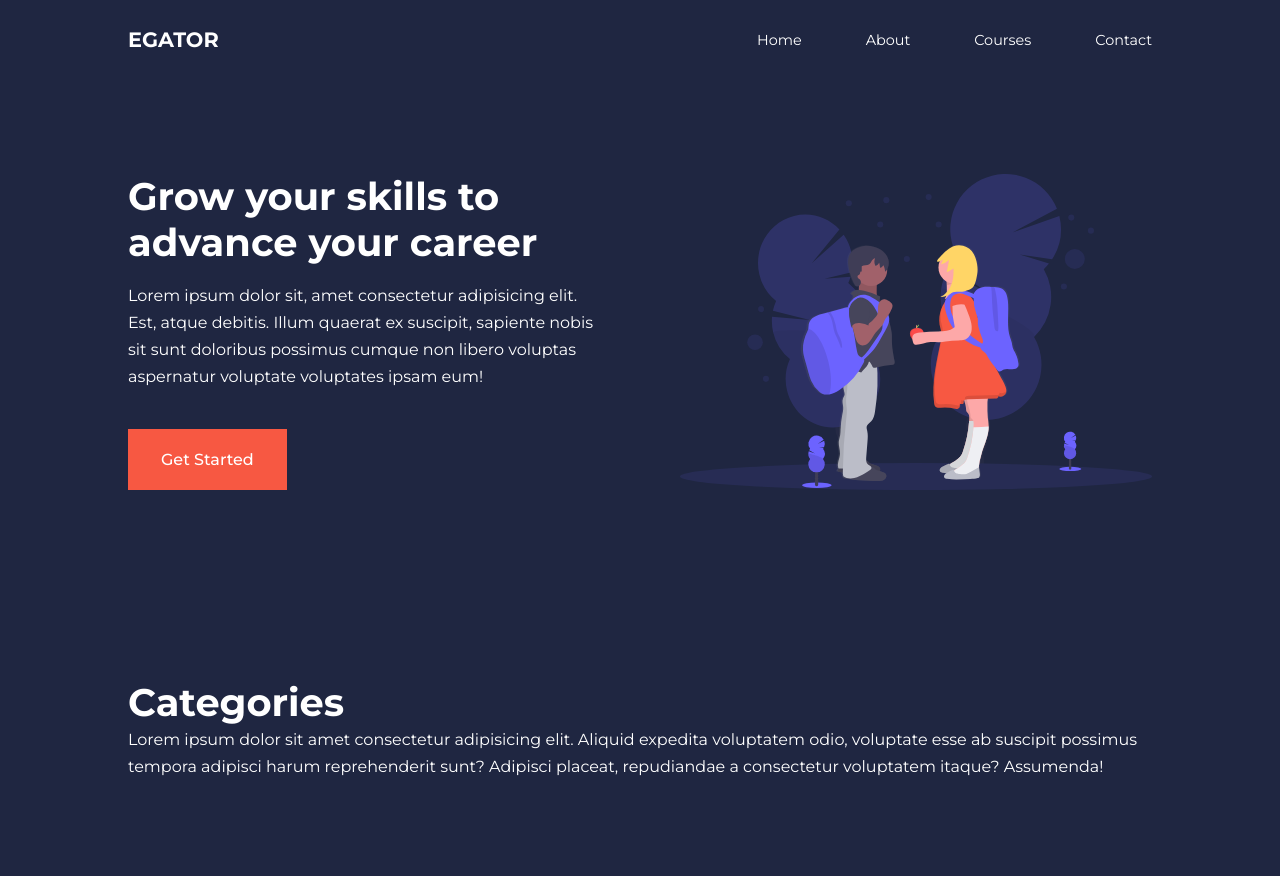
Repository: QUANGTHAI2003/education-web
Page: index.html
These files come from the project's save history. The page is drawn as it stood at one moment and after the next save; the edit follows.
The browser window is 1280 px wide. The pictures show the whole page.

Above is the page before, as saved 2022-03-11 10:48:57.

### index.html
<!DOCTYPE html>
<html lang="en">

<head>
    <meta charset="UTF-8" />
    <meta http-equiv="X-UA-Compatible" content="IE=edge" />
    <meta name="viewport" content="width=device-width, initial-scale=1.0" />
    <title>Responsive Multipage Education</title>
    <!-- ICONSCOUT CDN -->
    <link rel="stylesheet" href="https://unicons.iconscout.com/release/v2.1.6/css/unicons.css" />
    <!-- GOOGLE FONTS -->
    <link rel="preconnect" href="https://fonts.googleapis.com" />
    <link rel="preconnect" href="https://fonts.gstatic.com" crossorigin />
    <link
        href="https://fonts.googleapis.com/css2?family=Montserrat:wght@300;400;500;600;700;800;900&family=Poppins:wght@300;400;600&display=swap"
        rel="stylesheet" />

    <link rel="stylesheet" href="./css/style.css" />
</head>

<body>
    <nav>
        <div class="container nav__container">
            <a href="index.html">
                <h4>EGATOR</h4>
            </a>
            <ul class="nav__menu">
                <li><a href="index.html">Home</a></li>
                <li><a href="about.html">About</a></li>
                <li><a href="courses.html">Courses</a></li>
                <li><a href="contact.html">Contact</a></li>
            </ul>
            <button id="open-menu-btn">
                <i class="uil uil-bars"></i>
            </button>
            <button id="close-menu-btn">
                <i class="uil uil-multiply"></i>
            </button>
        </div>
    </nav>
    <!-- END OF NAVBAR -->
    <header>
        <div class="container header__container">
            <div class="header__left">
                <h1>Grow your skills to advance your career</h1>
                <p>
                    Lorem ipsum dolor sit, amet consectetur adipisicing
                    elit. Est, atque debitis. Illum quaerat ex suscipit,
                    sapiente nobis sit sunt doloribus possimus cumque non
                    libero voluptas aspernatur voluptate voluptates ipsam
                    eum!
                </p>
                <a href="courses.html" class="btn btn-primary">Get Started</a>
            </div>
            <div class="header__right">
                <div class="header__right-image">
                    <img src="./images/header.svg">
                </div>
            </div>
        </div>
    </header>
    <!-- END OF HEADER -->
    <section class="categories">
        <div class="container categories__container">
            <div class="categories">
                <h1>Categories</h1>
                <p>
                    Lorem ipsum dolor sit amet consectetur adipisicing elit. Aliquid expedita voluptatem odio, voluptate
                    esse ab suscipit possimus tempora adipisci harum reprehenderit sunt? Adipisci placeat, repudiandae a
                    consectetur voluptatem itaque? Assumenda!
                </p>
            </div>
        </div>
    </section>
</body>

</html>

### css/style.css
* {
    margin: 0;
    padding: 0;
    border: 0;
    outline: 0;
    text-decoration: none;
    list-style: none;
    box-sizing: border-box;
}

:root {
    --color-primary: #6c63ff;
    --color-success: #00bf8e;
    --color-warning: #f7c94b;
    --color-danger: #f75842;
    --color-danger-variant: rgba(247, 88, 66, 0.4);
    --color-white: #fff;
    --color-light: rgba(255, 255, 255, 0.7);
    --color-black: #000;
    --color-bg: #1f2641;
    --color-bg1: #2e3267;
    --color-bg2: #424890;

    --container-width-lg: 80%;
    --container-width-md: 90%;
    --container-width-sm: 94%;

    --transition: all 400ms ease;
}

body {
    font-family: 'Montserrat', sans-serif;
    line-height: 1.7;
    color: var(--color-white);
    background: var(--color-bg);
}

.container {
    width: var(--container-width-lg);
    margin: 0 auto;
}

section {
    padding: 6rem 0;
}

section h2 {
    text-align: center;
    margin-bottom: 4rem;
}

h1,
h2,
h3,
h4,
h5 {
    line-height: 1.2;
}

h1 {
    font-size: 2.4rem;
}

h2 {
    font-size: 2rem;
}

h3 {
    font-size: 1.3rem;
}

h4 {
    font-size: 1.3rem;
}

a {
    color: var(--color-white);
}

img {
    width: 100%;
    display: block;
    object-fit: cover;
}

.btn {
    display: inline-block;
    background: var(--color-white);
    color: var(--color-black);
    padding: 1rem 2rem;
    border: 1px solid transparent;
    font-weight: 500;
    transition: var(--transition);
}

.btn:hover {
    background: transparent;
    color: var(--color-white);
    border-color: var(--color-white);
}

.btn-primary {
    background: var(--color-danger);
    color: var(--color-white);
}

/* ================= NAVBAR =================*/
nav {
    background: transparent;
    width: 100vw;
    height: 5rem;
    position: fixed;
    top: 0;
    z-index: 11;
}

.nav__container {
    height: 100%;
    display: flex;
    justify-content: space-between;
    align-items: center;
}

nav button {
    display: none;
}

.nav__menu {
    display: flex;
    align-items: center;
    gap: 4rem;
}

.nav__menu a {
    font-size: 0.9rem;
    transition: var(--transition);
}

.nav__menu a:hover {
    color: var(--color-bg2);
}

/* ================= HEADER =================*/
header {
    position: relative;
    top: 5rem;
    overflow: hidden;
    height: 70vh;
    margin-bottom: 5rem;
}

.header__container {
    display: grid;
    grid-template-columns: repeat(2, 1fr);
    align-items: center;
    gap: 5rem;
    height: 100%;
}

.header__left p {
    margin: 1rem 0 2.4rem;
}

After the next save:
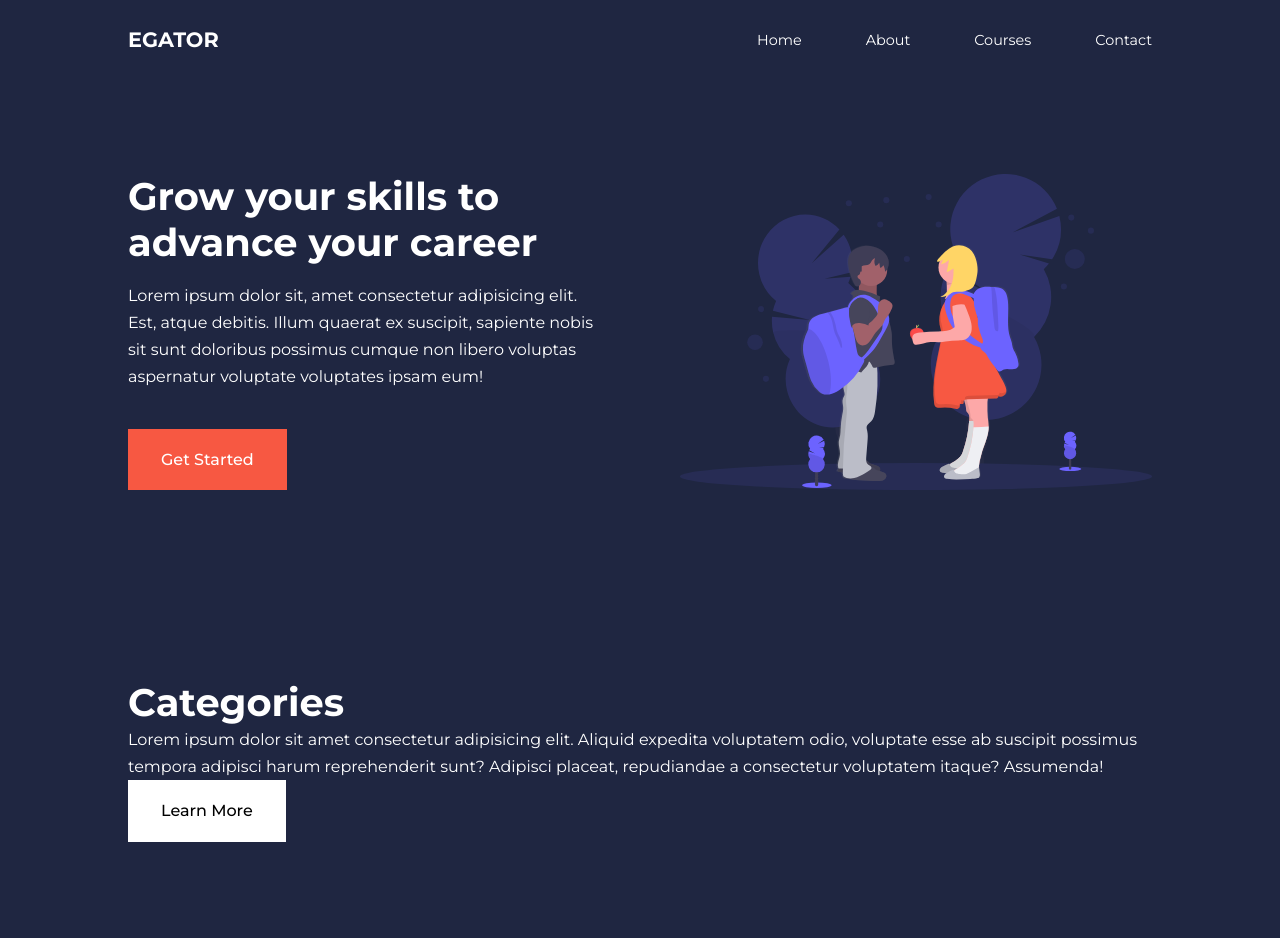
Saved 82 s later.
--- a/index.html
+++ b/index.html
@@ -62,13 +62,17 @@
     <!-- END OF HEADER -->
     <section class="categories">
         <div class="container categories__container">
-            <div class="categories">
+            <div class="categories__left">
                 <h1>Categories</h1>
                 <p>
                     Lorem ipsum dolor sit amet consectetur adipisicing elit. Aliquid expedita voluptatem odio, voluptate
                     esse ab suscipit possimus tempora adipisci harum reprehenderit sunt? Adipisci placeat, repudiandae a
                     consectetur voluptatem itaque? Assumenda!
                 </p>
+                <a href="#" class="btn">Learn More</a>
+            </div>
+            <div class="categories__right">
+
             </div>
         </div>
     </section>
